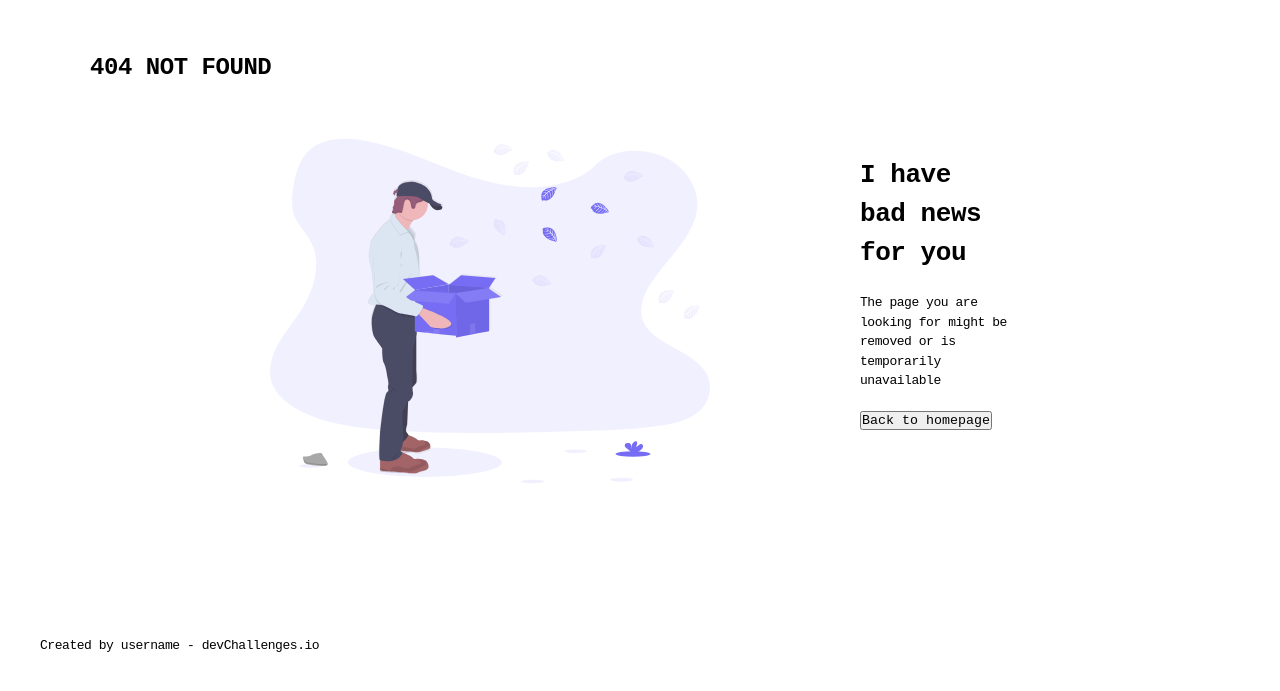
Repository: georgisenze/404-not-found-challeng
Page: index.html
The author's editor kept a copy of each file at every save. The page is drawn from the files as they stood at one save, then again after a run of saves.
The browser window is 1280 px wide. The pictures show the whole page.

Above is the page before, as saved 2023-02-21 07:04:33.

After the next 3 saves:
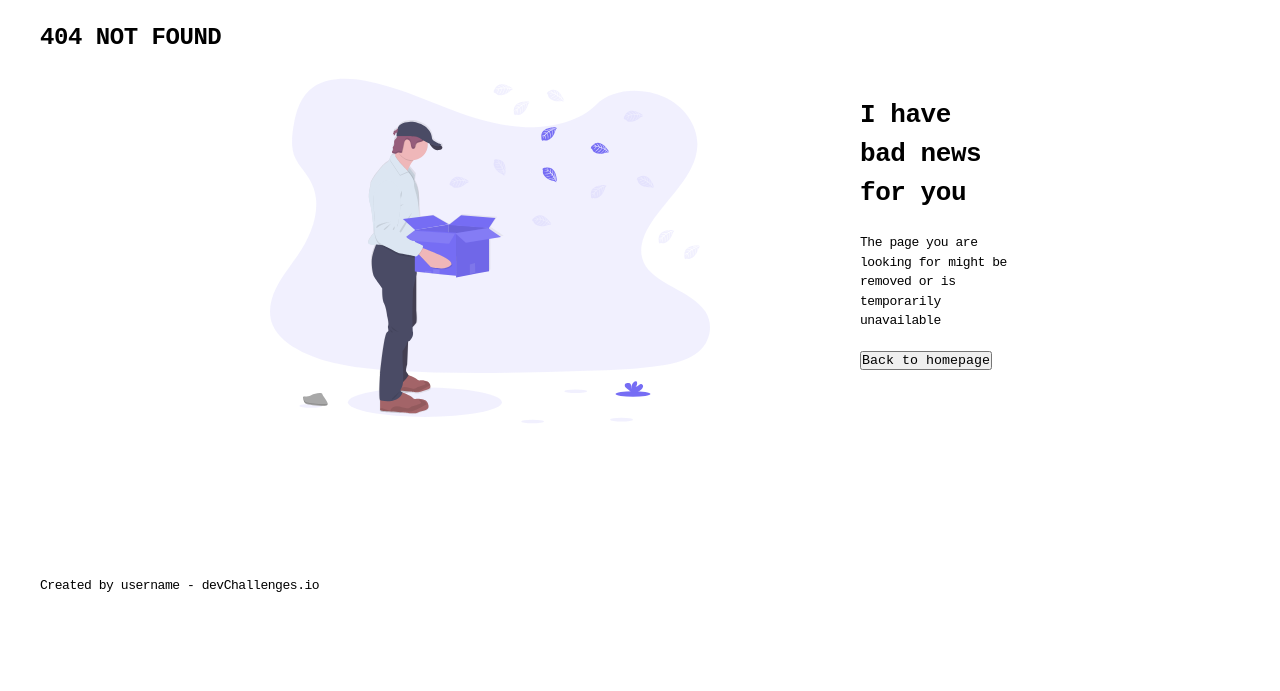
The 3 saves are shown as one change because they came seconds apart.
The last was saved 18 s later.
--- a/assets/css/style.css
+++ b/assets/css/style.css
@@ -18,7 +18,7 @@ header p {
     text-transform: uppercase;
     font-weight: 700;
     font-size: 24px;
-    padding: 50px;
+    padding: 20px 0;
 }
 
 .container{
